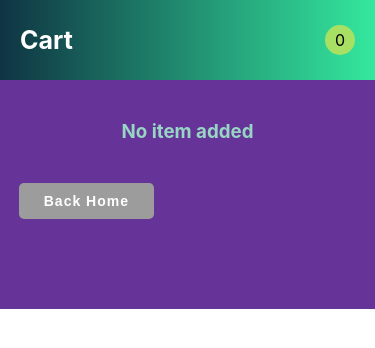
Repository: Yowani24/ecocarbon
Page: /cart
These files come from the project's save history. The page is drawn as it stood at one moment and after the next save; the edit follows.
The browser window is 375 px wide. The pictures show the whole page.
The project was rebuilt for these pictures with package versions that can differ from the ones it lists, and the page was loaded fresh each time. The framework's server and built-in components were replaced by stand-ins that run in the browser. Also part of the build but not shown: next.config.js.

Above is the page before, as saved 2021-09-28 04:01:57.

After the next save:
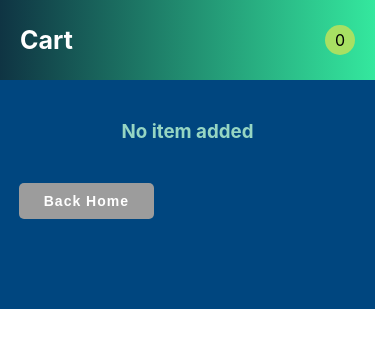
Saved 31 s later.
--- a/pages/cart/Cart.module.css
+++ b/pages/cart/Cart.module.css
@@ -134,8 +134,8 @@
 }
 @media (max-width: 415px){
     .cart_content{
-        background: rebeccapurple;
         padding: 40px 0;
+        background: #00467F;
     }
     .boxes{
         margin-top: 0px;
